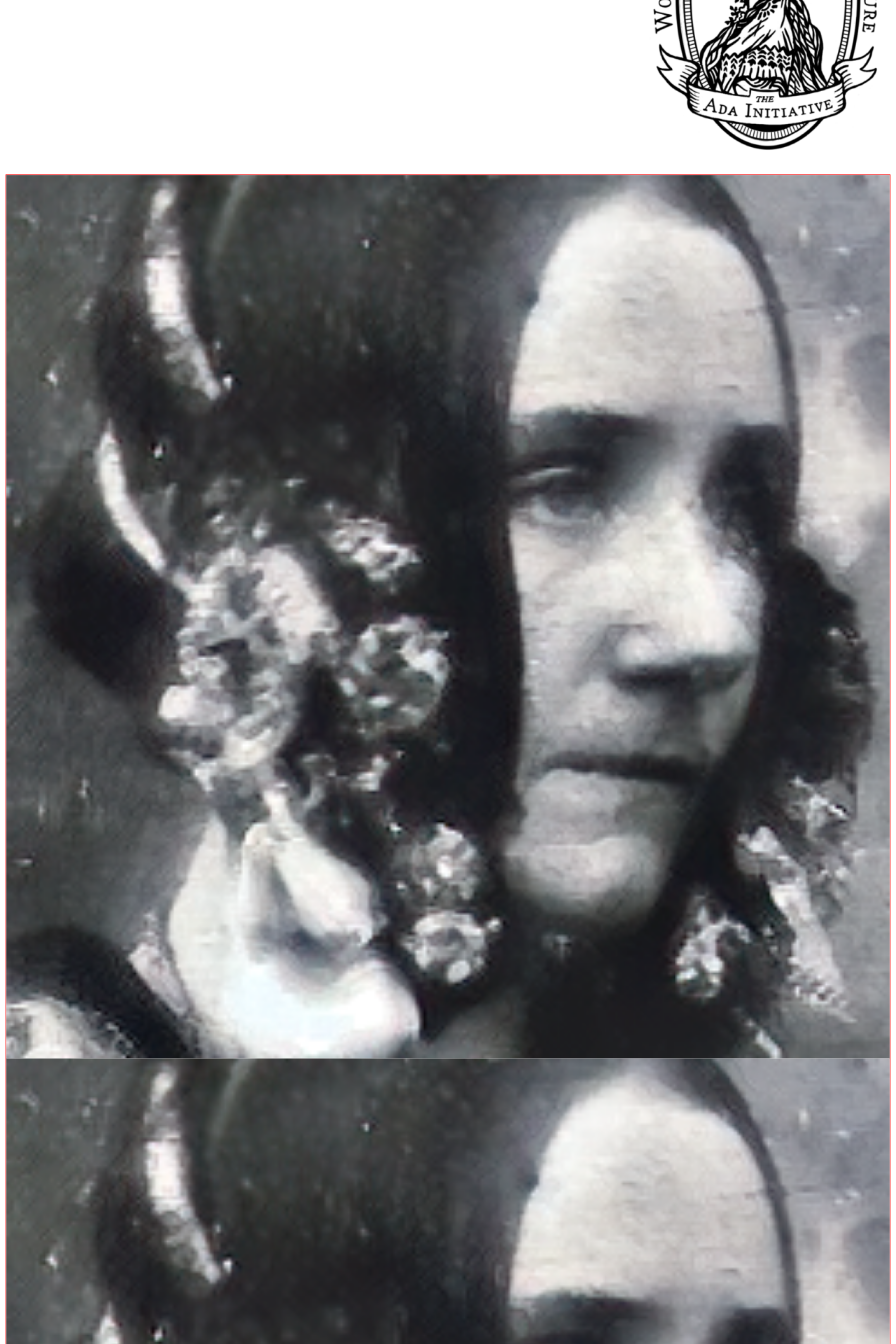
Repository: b3no1t/integration-training
Page: onepage-adalovelace/src/index.html
An editor plug-in stored every save of this project. The page is shown before and after the next save, followed by the edit.
The browser window is 1280 px wide. The pictures show the part of the page from y = 403 to 2323 px (the page is 5844 px tall before and 1772 px after), at 70% of full size.

Above is the page before, as saved 2025-01-29 15:25:56.

### onepage-adalovelace/src/index.html
<!DOCTYPE html>
<html lang="en">
<head>
 <meta charset="UTF-8">
 <meta name="viewport" content="width=device-width, initial-scale=1.0">
 <link rel="preconnect" href="https://fonts.googleapis.com">
<link rel="preconnect" href="https://fonts.gstatic.com" crossorigin>
<link href="https://fonts.googleapis.com/css2?family=Open+Sans:ital,wght@0,300..800;1,300..800&display=swap" rel="stylesheet">
<link rel="stylesheet" href="./assets/css/style.css">
 <title>ADA LOVELACE</title>
</head>
<body>

<div class="wrapper">


<header>
 <div class="intro">

 <div>
  <h2>
   ADA LOVELACE TRIBUTE PAGE
   <span>
    Ada Lovelace, la première programmeuse de l'histoire
   </span>
  </h2>
 </div>

 <div>
  <p>
   Ada Lovelace, de son nom complet Augusta Ada King, comtesse de Lovelace, née Ada Byron le 10 décembre 1815 à Londres et morte le 27 novembre 1852 à Marylebone dans la même ville, est une pionnière de la science informatique.
  </p>
 </div>

 </div>
</header>

<main>
 <section class="description">
   <div class="description-content">
    <h2>Description</h2>
    <p>
      Elle est principalement connue pour avoir conçu et décrit le premier programme informatique publié, lors de son travail sur un ancêtre de l'ordinateur : la machine analytique de Charles Babbage. Le formalisme inédit de son algorithme, ainsi que la présence de la première boucle conditionnelle connue,
      font qu'Ada Lovelace est largement considérée comme la première développeuse informatique de l'histoire. Elle a également entrevu et décrit certaines possibilités offertes par les calculateurs universels, allant bien au-delà du calcul numérique et de ce qu'imaginaient Babbage et ses contemporains
    </p>
  </div>
  <img src="./assets/img/ada-illu.png">
 </section>

 <section class="gallery">
  <!-- 4 imageshorizontale -->
  <img src="./assets/img/ada-photo.png" alt="photostration d'Ada Lovealace">
  <img src="./assets/img/ada-photo.png" alt="photostration d'Ada Lovealace">
  <img src="./assets/img/ada-photo.png" alt="photostration d'Ada Lovealace">
  <img src="./assets/img/ada-photo.png" alt="photostration d'Ada Lovealace">
 </section>
 <section>
  <!-- une image pleine largeur en fond avec du texte par dessus -->
 </section>


 <section>
  <h2></h2>
  <p></p>
 </section>
 <section>
  <h2></h2>
  <p></p>
 </section>
</main>
<footer>
 <img src="" alt="">
</footer>

</body>
</html>

### onepage-adalovelace/src/assets/css/style.css
/*
* ADA Lovelace Style one page tribute
*/

 @import url(_reset.css);
 @import url(_main.css);
 @import url(_section.css);

### onepage-adalovelace/src/assets/css/_main.css
/*
* ADA Style
*/
* {
  font-family: -apple-system,"Open Sans",  BlinkMacSystemFont,
    Roboto, Oxygen, Ubuntu, Cantarell,"Helvetica Neue", sans-serif;
}

main > * + * {
  margin-top: 2em;
  border: 1px solid red;
}

.main-grid{
  width: 100%;
  display: grid;
  grid-template-columns: .5rem 1f .5rem;
  gap: 1em;
  @media (min-width: 640px) {
    max-width: 1300px;
    grid-template-columns: 1.5rem 1f 1.5rem;
  }
}

/* layout*/
.full-width {
  width: 100%;

  margin: 0;
  background-image: url(../../assets/img/ada-illu2.png);
  background-size: cover;
  display: flex;
  justify-content: flex-end;




/*content*/

.content {
  font-size: 26px;
  line-height: 42px;
  font-weight: 600;
}
h1 {
  font-size: 4rem;
  font-weight: 900;

h2 {
  font-size: 2rem;
  line-height: 23px;
}
p {
  font-size: 1.2rem;
}
/* SECTION DESCRIPTION */
.description{
 & p{
  columns:320px 2;
  column-gap: 2rem;
  font-size: 1rem;
 }
}
.container-description{
 display: flex;
 justify-content: space-between;
 & p{
  flex-basis: 66%;
 }
 & img{}
}

### onepage-adalovelace/src/assets/css/_section.css
/*
* ADA Style: section
*/

section {
}

.intro {
  background-image: url(../img/bg-header.png);
  background-size: cover;
  display: flex;
  justify-content: space-between;
  gap: 1rem;
  padding: 1em;
  flex-direction: column;
  @media (min-width: 640px) {
   flex-direction: row;
  }

  & div {
   width: 100%;
   @media (min-width: 640px) {
     width: 50%;
   }
  }
  & p {
    font-size: 18px;
    line-height: 23px;
  }
  & h2 {
    font-size: 38px;
    display: block;
    font-weight: 900;
  }
  & span {
    display: block;
    font-size: 20px;
  }
}
/*
* DESCRIPTION  ----------------------
*/
.description {
 display: flex;
 flex-direction: column;
 justify-content: space-between;
 gap: 1em;
 @media (min-width: 640px) {
   flex-direction: row;
 }
 & img {
   width: 50%;
   margin-inline: auto;
   @media (min-width: 640px) {
     width: 100%;
   }
 }

}
.description-content {
 columns: auto, 1;
 column-gap: .5em;
 @media (min-width: 640px) {
   columns: 300px, 2;
   column-gap: 1em;
 }
}

.gallery {
  display: flex;
  flex-direction: column;
  & img {
   flex: 1;
  }
}

Loaded but not shown: onepage-adalovelace/src/assets/css/_reset.css (common file)

After the next save:
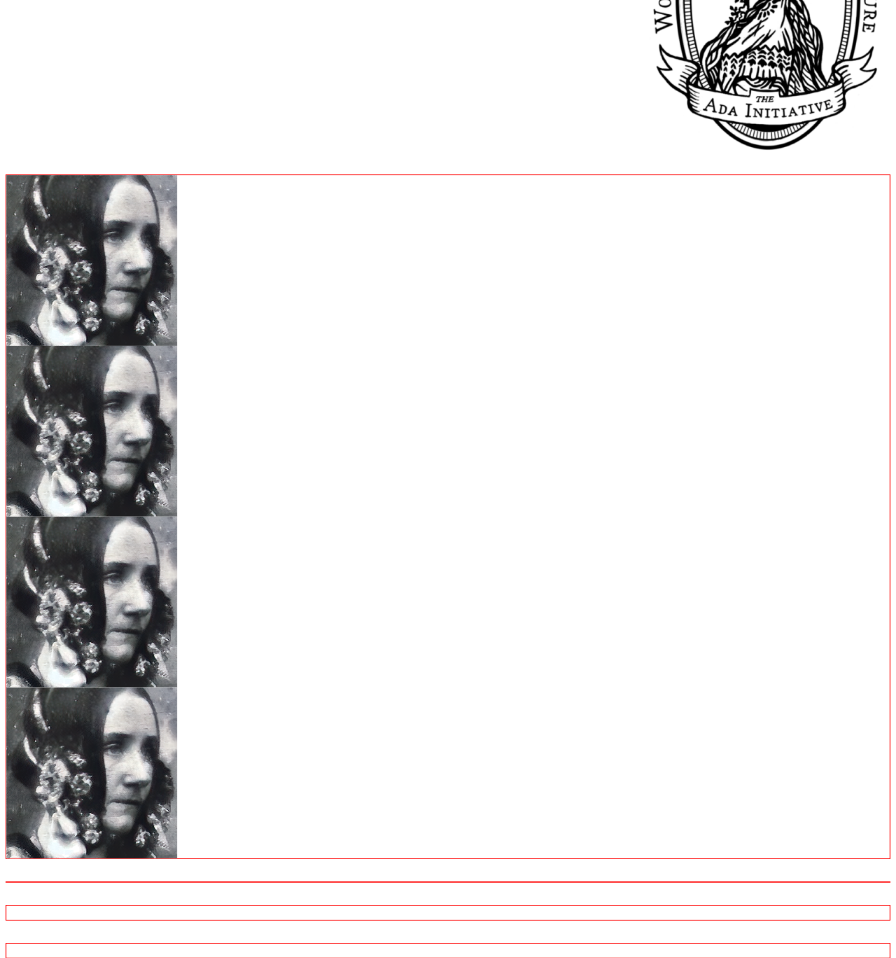
Saved 25 s later.
--- a/onepage-adalovelace/src/assets/css/_section.css
+++ b/onepage-adalovelace/src/assets/css/_section.css
@@ -71,5 +71,6 @@
   flex-direction: column;
   & img {
    flex: 1;
+   max-width: fit-content;
   }
 }

After the save that followed:
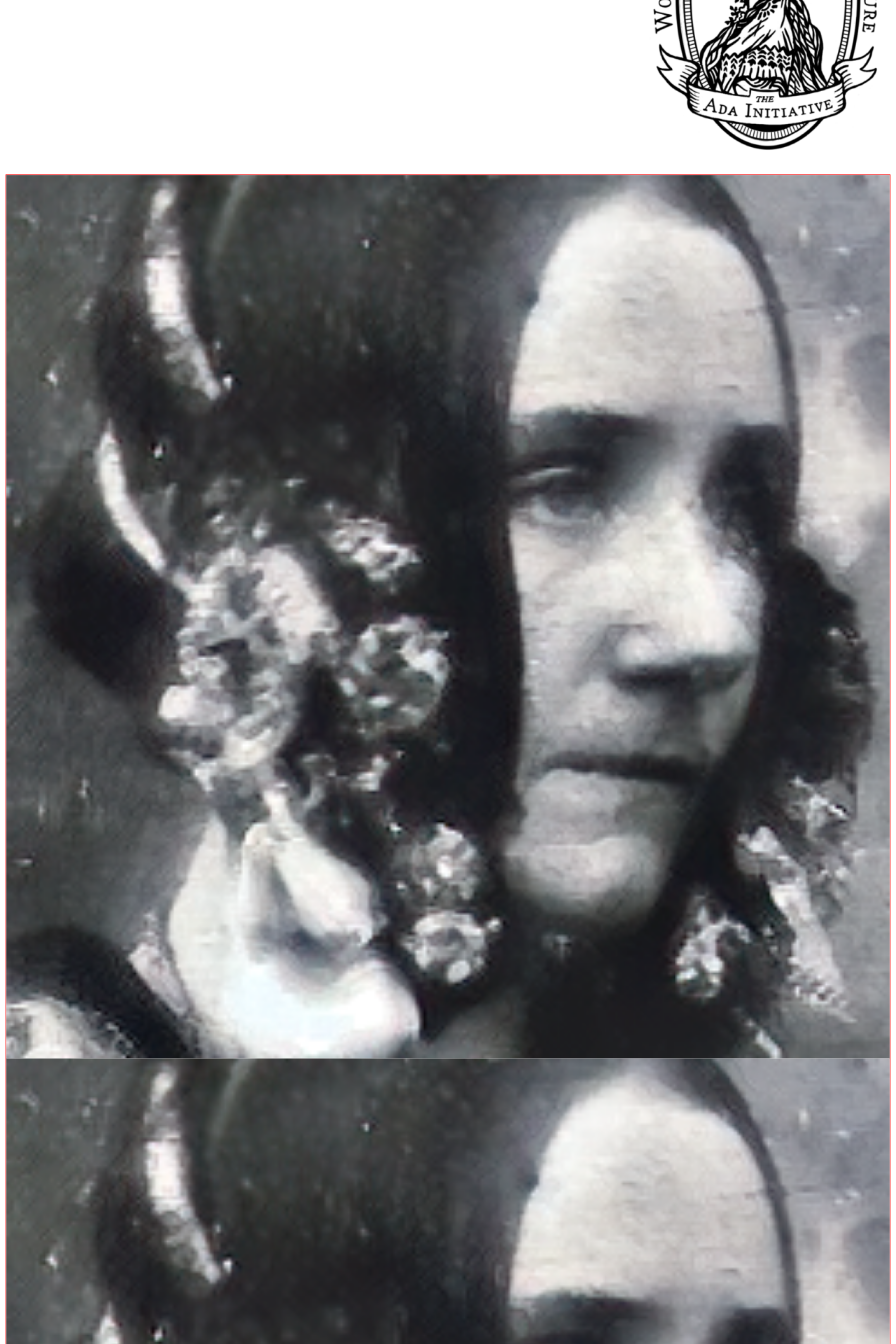
Saved 5 min 35 s later.
--- a/onepage-adalovelace/src/assets/css/_section.css
+++ b/onepage-adalovelace/src/assets/css/_section.css
@@ -71,6 +71,11 @@
   flex-direction: column;
   & img {
    flex: 1;
-   max-width: fit-content;
-  }
+   width: 50%;
+   aspect-ratio: 1/1;
+   object-fit: cover;
+   @media (min-width: 640px) {
+     width: 100%;
+   }
 }
+}
